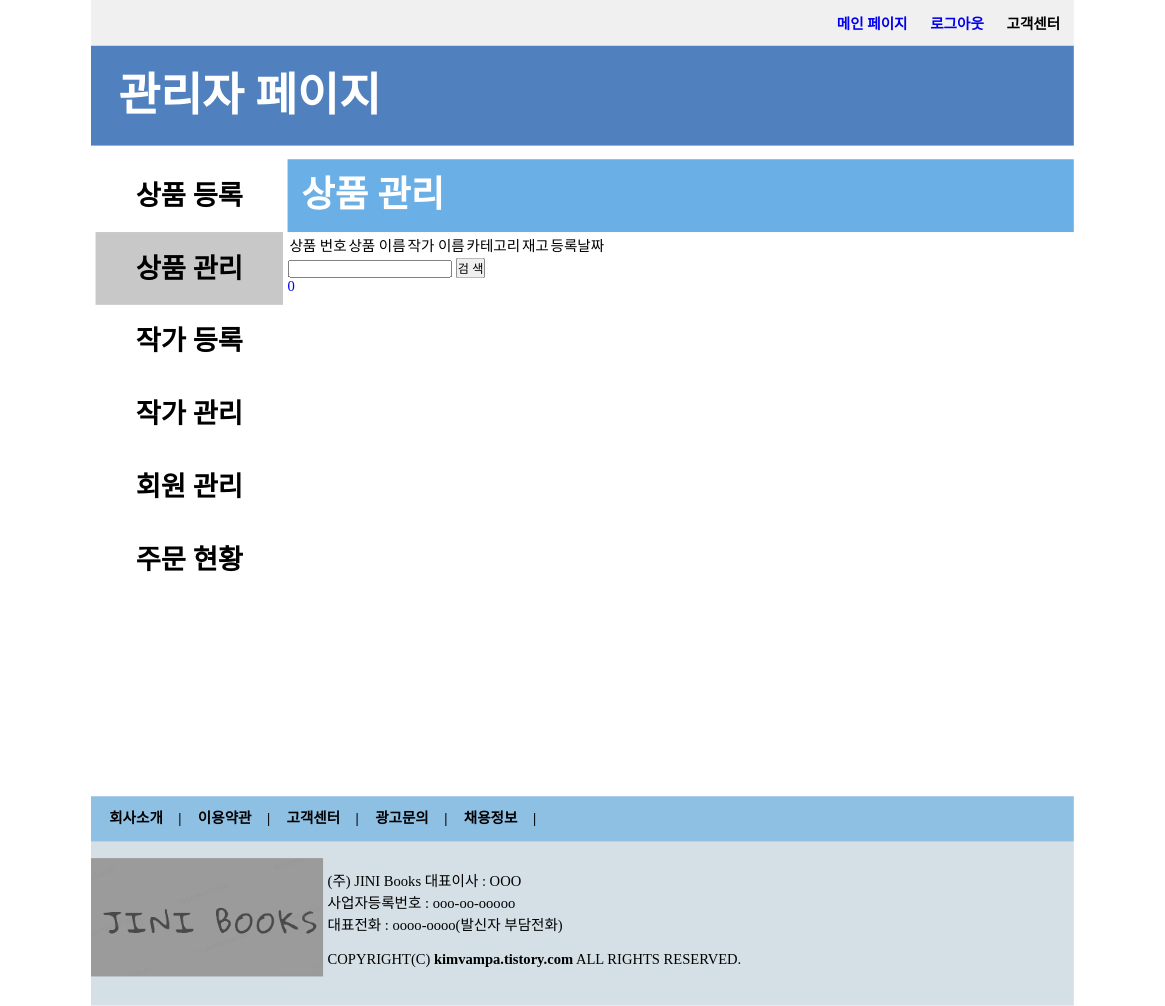
Repository: leechanjin7/ShoppingMall
Page: http://localhost/ShoppingMall/WEB-INF/views/admin/goodsManage.jsp
The author's editor kept a copy of each file at every save. The page is drawn from the files as they stood at one save, then again after the next save.
The browser window is 1280 px wide. The pictures show the whole page, at 91% of full size.
The page is served by Tomcat 9. Nobody is signed in. Other server files are loaded and not shown. The template is opened directly, without the code that normally fills it, so the values that code supplies are empty.

Above is the page before, as saved 2023-09-09 07:35:22.

### workspace/ShoppingMall/src/main/webapp/WEB-INF/views/admin/goodsManage.jsp
<%@ page language="java" contentType="text/html; charset=UTF-8"
    pageEncoding="UTF-8"%>
<%@ taglib uri="http://java.sun.com/jsp/jstl/core" prefix="c" %>
<%@ taglib prefix="fmt" uri="http://java.sun.com/jsp/jstl/fmt"%>
<!DOCTYPE html>
<html>
<head>
<meta charset="UTF-8">
<title>Insert title here</title>
<link rel="stylesheet" href="../resources/css/admin/goodsManage.css">

<script
  src="https://code.jquery.com/jquery-3.4.1.js"
  integrity="sha256-WpOohJOqMqqyKL9FccASB9O0KwACQJpFTUBLTYOVvVU="
  crossorigin="anonymous"></script>
</head>
</head>
<body>

    			<%@include file="../includes/admin/header.jsp" %>


                <div class="admin_content_wrap">
                    <div class="admin_content_subject"><span>상품 관리</span></div>
					<div class="goods_table_wrap">
                    	<!-- 상품 리스트 O -->
	                    <c:if test="${listcheck != 'empty'}">
	                    	<table class="goods_table">
	                    		<thead>
	                    			<tr>
										<td class="th_column_1">상품 번호</td>
	                    				<td class="th_column_2">상품 이름</td>
	                    				<td class="th_column_3">작가 이름</td>
	                    				<td class="th_column_4">카테고리</td>
	                    				<td class="th_column_5">재고</td>
	                    				<td class="th_column_6">등록날짜</td>
	                    			</tr>
	                    		</thead>
	                    		<c:forEach items="${list}" var="list">
	                    		<tr>
	                    			<td><c:out value="${list.bookId}"></c:out></td>
	                    			<td>
	                    				<a class="move" href='<c:out value="${list.bookId}"/>'>
	                    					<c:out value="${list.bookName}"></c:out>
	                    				</a>
	                    			</td>
	                    			<td><c:out value="${list.authorName}"></c:out></td>
	                    			<td><c:out value="${list.cateName}"></c:out></td>
	                    			<td><c:out value="${list.bookStock}"></c:out></td>
	                    			<td><fmt:formatDate value="${list.regDate}" pattern="yyyy-MM-dd"/></td>
	                    		</tr>
	                    		</c:forEach>
	                    	</table>
	                    </c:if>
	                    <!-- 상품 리스트 X -->
                		<c:if test="${listCheck == 'empty'}">
                			<div class="table_empty">
                				등록된 작가가 없습니다.
                			</div>
                		</c:if>
                	</div>

                	<!-- 검색 영역 -->
                	<div class="search_wrap">
                		<form id="searchForm" action="/admin/goodsManage" method="get">
                			<div class="search_input">
                    			<input type="text" name="keyword" value='<c:out value="${pageMaker.cri.keyword}"></c:out>'>
                    			<input type="hidden" name="pageNum" value='<c:out value="${pageMaker.cri.pageNum }"></c:out>'>
                    			<input type="hidden" name="amount" value='${pageMaker.cri.amount}'>
                    			<input type="hidden" name="type" value="G">
                    			<button class='btn search_btn'>검 색</button>
                			</div>
                		</form>
                	</div>

                	<!-- 페이지 이름 인터페이스 영역 -->
                	<div class="pageMaker_wrap">
                		<ul class="pageMaker">

                			<!-- 이전 버튼 -->
                			<c:if test="${pageMaker.prev }">
                				<li class="pageMaker_btn prev">
                					<a href="${pageMaker.pageStart -1}">이전</a>
                				</li>
                			</c:if>

                			<!-- 페이지 번호 -->
                			<c:forEach begin="${pageMaker.pageStart }" end="${pageMaker.pageEnd }" var="num">
                				<li class="pageMaker_btn ${pageMaker.cri.pageNum == num ? 'active':''}">
                					<a href="${num}">${num}</a>
                				</li>
                			</c:forEach>

	                    	<!-- 다음 버튼 -->
	                    	<c:if test="${pageMaker.next}">
	                    		<li class="pageMaker_btn next">
	                    			<a href="${pageMaker.pageEnd + 1 }">다음</a>
	                    		</li>
	                    	</c:if>
	                    </ul>
                	</div>

                	<form id="moveForm" action="/admin/goodsManage" method="get" >
 						<input type="hidden" name="pageNum" value="${pageMaker.cri.pageNum}">
						<input type="hidden" name="amount" value="${pageMaker.cri.amount}">
						<input type="hidden" name="keyword" value="${pageMaker.cri.keyword}">
                	</form>

                </div>



                <%@include file="../includes/admin/footer.jsp" %>


<script>

	$(document).ready(function(){

		//등록 성공 이벤트
		let eResult = '<c:out value="${enroll_result}"/>';

		checkResult(eResult);

		function checkResult(result){

			if(result == ''){
				return;
			}

			alert("상품'"+ eResult +"'을 등록하였습니다.");

		}

		/* 수정 성공 이벤트 */
		let modify_result = '${modify_result}';

		if(modify_result == 1){
			alert("수정 완료");
		}

		//삭제 결과 경고창
		let delete_result = '${delete_result}';

		if(delete_result == 1){
			alert("삭제 완료");
		}

	});

	let searchForm = $('#searchForm');
	let moveForm = $('#moveForm');

	/* 작거 검색 버튼 동작 */
	$("#searchForm button").on("click", function(e){

		e.preventDefault();

		/* 검색 키워드 유효성 검사 */
		if(!searchForm.find("input[name='keyword']").val()){
			alert("키워드를 입력하십시오");
			return false;
		}

		searchForm.find("input[name='pageNum']").val("1");

		searchForm.submit();

	});


	/* 페이지 이동 버튼 */
	$(".pageMaker_btn a").on("click", function(e){

		e.preventDefault();

		moveForm.find("input[name='pageNum']").val($(this).attr("href"));

		moveForm.submit();

	});

	$(".move").on("click", function(e){

		e.preventDefault();

		moveForm.append("<input type='hidden' name='bookId' value='"+$(this).attr("href") +"'>");
		moveForm.attr("action", "/admin/goodsDetail");
		moveForm.submit();



	});

</script>

</body>
</html>

### workspace/ShoppingMall/src/main/webapp/WEB-INF/views/includes/admin/header.jsp
<%@ page language="java" contentType="text/html; charset=UTF-8"
    pageEncoding="UTF-8"%>


    <div class="wrapper">
        <div class="wrap">
            <!-- gnv_area -->
            <div class="top_gnb_area">
                <ul class="list">
                    <li><a href="/main">메인 페이지</a></li>
                    <li><a href="/member/logout.do">로그아웃</a></li>
                    <li>고객센터</li>
                </ul>
            </div>
            <!-- top_subject_area -->
            <div class="admin_top_wrap">
                <span>관리자 페이지</span>

            </div>
            <!-- contents-area -->
            <div class="admin_wrap">
                <!-- 네비영역 -->
                <div class="admin_navi_wrap">
                  <ul>
                      <li >
                          <a class="admin_list_01" href="/admin/goodsEnroll">상품 등록</a>
                      </li>
                      <li>
                          <a class="admin_list_02" href="/admin/goodsManage">상품 관리</a>
                      </li>
                      <li>
                          <a class="admin_list_03" href="/admin/authorEnroll">작가 등록</a>
                      </li>
                      <li>
                          <a class="admin_list_04" href="/admin/authorManage">작가 관리</a>
                      </li>
                      <li>
                          <a class="admin_list_05">회원 관리</a>
                      </li>
                      <li>
	                      <a class="admin_list_06" href="/admin/orderList">주문 현황</a>
	                  </li>
                  </ul>
                </div>

### workspace/ShoppingMall/src/main/webapp/WEB-INF/views/includes/admin/footer.jsp
<%@ page language="java" contentType="text/html; charset=UTF-8"
    pageEncoding="UTF-8"%>

     <div class="clearfix"></div>
            </div>


        <!-- Footer 영역 -->
        <div class="footer_nav">
            <div class="footer_nav_container">
                <ul>
                    <li>회사소개</li>
                    <span class="line">|</span>
                    <li>이용약관</li>
                    <span class="line">|</span>
                    <li>고객센터</li>
                    <span class="line">|</span>
                    <li>광고문의</li>
                    <span class="line">|</span>
                    <li>채용정보</li>
                    <span class="line">|</span>
                </ul>
            </div>
        </div> <!-- class="footer_nav" -->

        <div class="footer">
            <div class="footer_container">

                <div class="footer_left">
                    <img src="resources/img/Logo.png">
                </div>
                <div class="footer_right">
                    (주) JINI Books    대표이사 : OOO
                    <br>
                    사업자등록번호 : ooo-oo-ooooo
                    <br>
                    대표전화 : oooo-oooo(발신자 부담전화)
                    <br>
                    <br>
                    COPYRIGHT(C) <strong>kimvampa.tistory.com</strong>    ALL RIGHTS RESERVED.
                </div>
                <div class="clearfix"></div>
            </div>
        </div> <!-- class="footer" -->

        </div>
    </div>

### workspace/ShoppingMall/src/main/webapp/resources/css/admin/goodsManage.css
@charset "UTF-8";
*{
    margin: 0;
    padding:0;
}
a{
    text-decoration: none;
}
ul{
    list-style: none;
}
/* 화면 전체 렙 */
.wrapper{
    width: 100%;
}
/* content 랩 */
.wrap{
    width : 1080px;
    margin: auto;
}
/* 홈페이지 기능 네비 */
.top_gnb_area{
    width: 100%;
    height: 50px;
    background-color: #f0f0f1;
    position:relative;
}
.top_gnb_area .list{
    position: absolute;
    top: 0px;
    right: 0;

}
.top_gnb_area .list li{
    list-style: none;
    float : left;
    padding: 13px 15px 0 10px;
    font-weight: 900;
    cursor: pointer;
}

/* 관리제 페이지 상단 현페이지 정보 */
.admin_top_wrap{
    height:110px;
    line-height: 110px;
    background-color: #5080bd;
    margin-bottom:15px;
}
.admin_top_wrap>span{
    margin-left: 30px;
    display:inline-block;
    color: white;
    font-size: 50px;
    font-weight: bolder;
}
/* 관리자 wrap(네비+컨텐츠) */
.admin_wrap{


}

/* 관리자페이지 네비 영역 */
.admin_navi_wrap{
    width: 20%;
    height: 300px;
    float:left;
    height: 100%;
}
.admin_navi_wrap li{
    display: block;
    height: 80px;
    line-height: 80px;
    text-align: center;
}
.admin_navi_wrap li a{
    display: block;
    height: 100%;
    width: 95%;
    margin: 0 auto;
    cursor: pointer;
    font-size: 30px;
    font-weight: bolder;
}
.admin_navi_wrap li a:link {color: black;}
.admin_navi_wrap li a:visited {color: black;}
.admin_navi_wrap li a:active {color: black;}
.admin_navi_wrap li a:hover {color: black;}

.admin_list_02{
    background-color: #c8c8c8;
}


/* 관리자페이지 컨텐츠 영역 */
.admin_content_wrap{
    width: 80%;
    float:left;
    height: 100%;
    min-height : 700px;

}
.admin_content_subject{            /* 관리자 컨텐츠 제목 영역 */
    font-size: 40px;
    font-weight: bolder;
    padding-left: 15px;
    background-color: #6AAFE6;
    height: 80px;
    line-height: 80px;
    color: white;
}

/* footer navai 영역 */
.footer_nav{
    width:100%;
    height:50px;
}
.footer_nav_container{
    width: 100%;
    height: 100%;
    background-color:#8EC0E4;
}
.footer_nav_container>ul{
    font-weight : bold;
    float:left;
    list-style:none;
    position:relative;
    padding-top:10px;
    line-height: 27px;
    font-family: dotum;
    margin-left: 10px;
}
.footer_nav_container>ul>li{
    display:inline;
    width: 45px;
    height: 19px;
    padding: 10px 9px 0 10px;
}
.footer_nav_container>ul>span{
    margin: 0 4px;
}
/* footer 영역 */
.footer{
    width:100%;
    height:130px;
    background-color:#D4DFE6;
    padding-bottom : 50px;
}
.footer_container{
    width: 100%;
    height: 100%;
    margin: auto;
}
.footer_left>img {
    width: 150%;
    height: 130px;
    margin-left: -20px;
    margin-top: -12px;
}
.footer_left{
    float :left;
    width: 170px;
    margin-left: 20px;
    margin-top : 30px;

}
.footer_right{
    float :left;
    width: 680px;
    margin-left: 70px;
    margin-top : 30px;
}




/* float 속성 해제 */
.clearfix{
    clear: both;
}

After the next save:
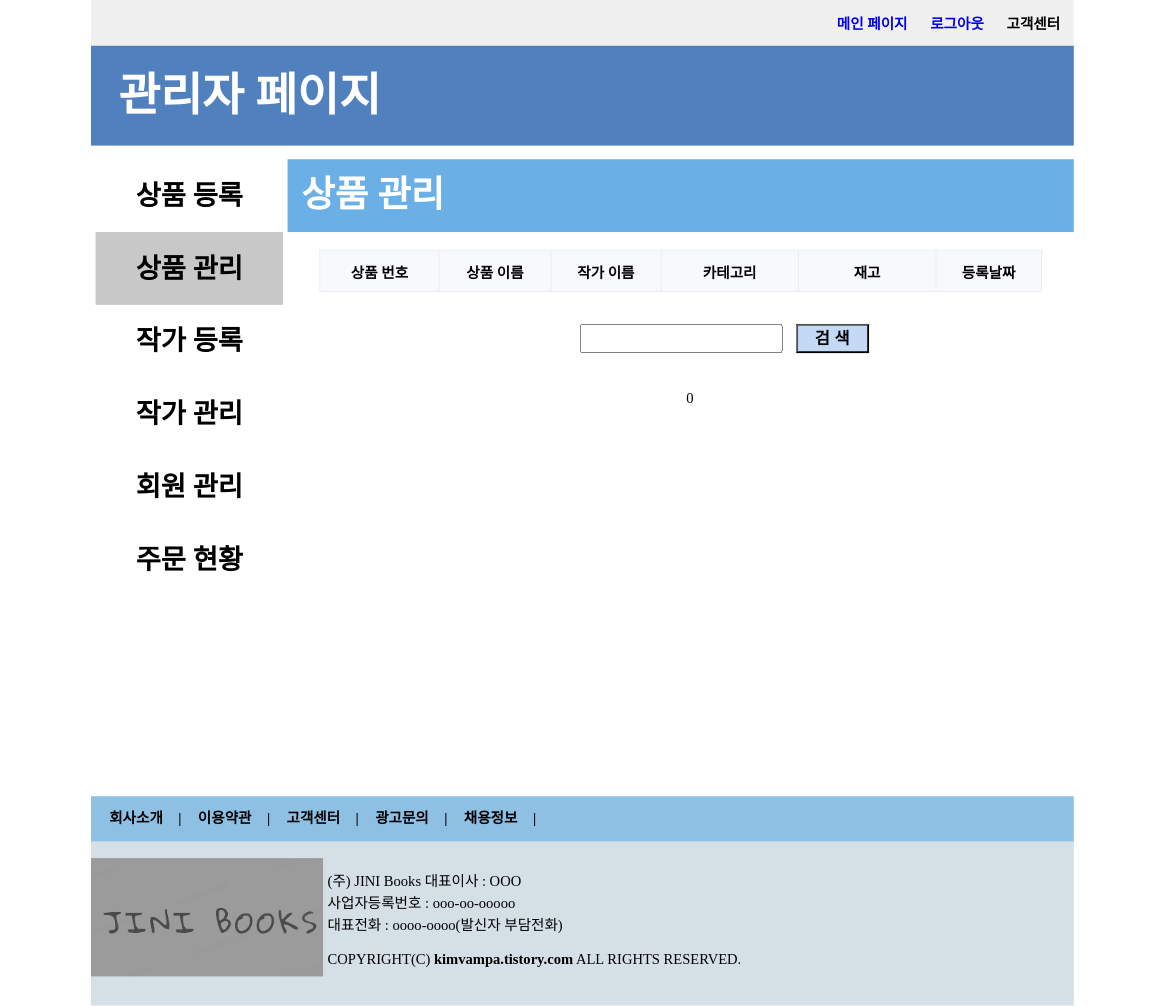
Saved 8 min 45 s later.
--- a/workspace/ShoppingMall/src/main/webapp/resources/css/admin/goodsManage.css
+++ b/workspace/ShoppingMall/src/main/webapp/resources/css/admin/goodsManage.css
@@ -107,6 +107,109 @@ ul{
     height: 80px;
     line-height: 80px;
     color: white;
+}
+/* 상품 목록 영역 */
+.goods_table_wrap{
+	padding: 20px 35px
+}
+.goods_table{
+	width: 100%;
+    border: 1px solid #d3d8e1;
+    text-align: center;
+    border-collapse: collapse;
+}
+.goods_table td{
+	padding: 10px 5px;
+	border : 1px solid #e9ebf0;
+}
+.goods_table thead{
+	background-color: #f8f9fd;
+	font-weight: 600;
+}
+.goods_table a{
+	color:#1088ed;
+	font-weight: 500;
+}
+.th_column_1{
+	width:120px;
+}
+.th_column_3{
+	width:110px;
+}
+.th_column_4{
+	width:140px;
+}
+.th_column_5{
+	width:140px;
+}
+.th_column_6{
+
+}
+
+.table_empty{
+	height: 50px;
+    text-align: center;
+    margin: 200px 0 215px 0px;
+    font-size: 25px;
+}
+
+	/* 검색 영역 */
+.search_wrap{
+	margin-top:15px;
+}
+.search_input{
+    position: relative;
+    text-align:center;
+}
+.search_input input[name='keyword']{
+	padding: 4px 10px;
+    font-size: 15px;
+    height: 20px;
+    line-height: 20px;
+}
+.search_btn{
+	height: 32px;
+    width: 80px;
+    font-weight: 600;
+    font-size: 18px;
+    line-height: 20px;
+    position: absolute;
+    margin-left: 15px;
+    background-color: #c3daf7;
+}
+
+
+	/* 페이지 버튼 인터페이스 */
+.pageMaker_wrap{
+	text-align: center;
+    margin-top: 30px;
+    margin-bottom: 40px;
+}
+.pageMaker{
+    list-style: none;
+    display: inline-block;
+}
+.pageMaker_btn {
+    float: left;
+    width: 40px;
+    height: 40px;
+    line-height: 40px;
+    margin-left: 20px;
+}
+.active{
+	border : 2px solid black;
+	font-weight:400;
+}
+.next, .prev {
+    border: 1px solid #ccc;
+    padding: 0 10px;
+}
+.pageMaker_btn a:link {color: black;}
+.pageMaker_btn a:visited {color: black;}
+.pageMaker_btn a:active {color: black;}
+.pageMaker_btn a:hover {color: black;}
+.next a, .prev a {
+    color: #ccc;
 }
 
 /* footer navai 영역 */
